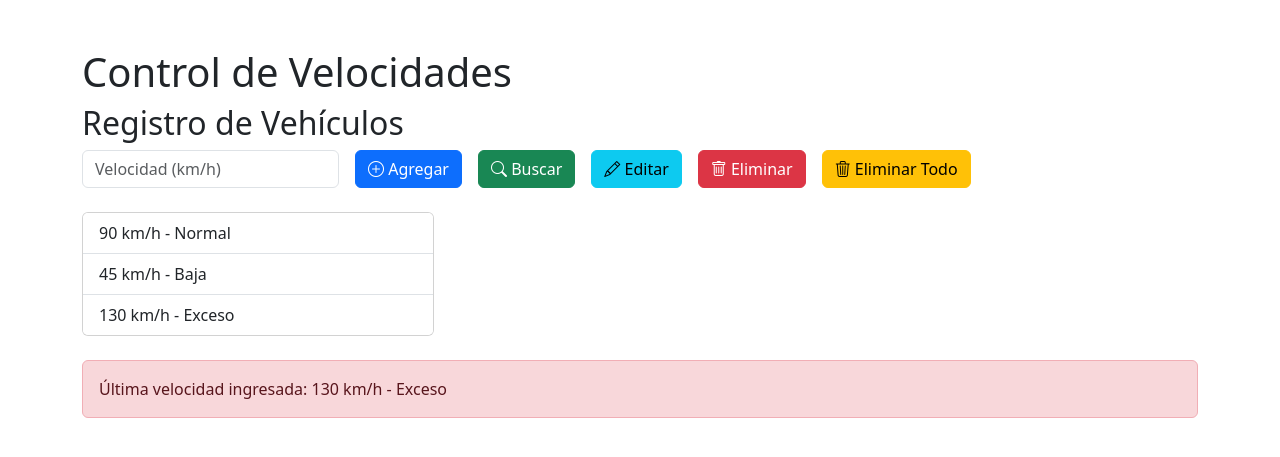
Repository: pudusito/EV2frontend
Page: index.html
These files come from the project's save history. The page is drawn as it stood at one moment and after the next save; the edit follows.
The browser window is 1280 px wide. The pictures show the whole page.

Above is the page before, as saved 2025-07-01 19:25:35.

### index.html
<!DOCTYPE html>
<html lang="es">

<head>
    <meta charset="UTF-8">
    <meta name="viewport" content="width=device-width, initial-scale=1.0">
    <title>Control de Velocidades</title>
    <link href="https://cdn.jsdelivr.net/npm/bootstrap@5.3.3/dist/css/bootstrap.min.css" rel="stylesheet">
    <link rel="stylesheet" href="https://cdn.jsdelivr.net/npm/bootstrap-icons@1.11.3/font/bootstrap-icons.min.css">
    <script src="https://cdn.jsdelivr.net/npm/sweetalert2@11"></script>
    <script src="dinamico.js" defer></script>
</head>

<body class="container mt-5">
    <section>
        <h1>Control de Velocidades</h1>
        <h2>Registro de Vehículos</h2>

        <div class="row g-3 mb-4">
            <div class="col-auto">
                <input type="number" class="form-control" id="velocidad" placeholder="Velocidad (km/h)">
            </div>
            <div class="col-auto">
                <button id="btnAgregar" class="btn btn-primary bi bi-plus-circle"> Agregar</button>
            </div>
            <div class="col-auto">
                <button id="btnBuscar" class="btn btn-success bi bi-search"> Buscar</button>
            </div>
            <div class="col-auto">
                <button id="btnEditar" class="btn btn-info bi bi-pencil"> Editar</button>
            </div>
            <div class="col-auto">
                <button id="btnEliminar" class="btn btn-danger bi bi-trash"> Eliminar</button>
            </div>
            <div class="col-auto">
                <button id="btnEliminarTodo" class="btn btn-warning bi bi-trash3" data-bs-toggle="modal"
                    data-bs-target="#modalEliminarTodo"> Eliminar Todo</button>
            </div>
        </div>
    </section>

    <section>
        <div class="card" style="width: 22rem;">
            <ul id="listaVehiculos" class="list-group list-group-flush"></ul>
        </div>
    </section>

    <div id="alertaVelocidad" class="alert d-none mt-4" role="alert">
        Última velocidad ingresada:
    </div>


    <!-- Modal Eliminar Todo -->
    <div class="modal fade" id="modalEliminarTodo" tabindex="-1" aria-labelledby="modalEliminarTodoLabel"
        aria-hidden="true">
        <div class="modal-dialog">
            <div class="modal-content">
                <div class="modal-header">
                    <h1 class="modal-title fs-5" id="modalEliminarTodoLabel">Eliminar todos los registros</h1>
                    <button type="button" class="btn-close" data-bs-dismiss="modal" aria-label="Cerrar"></button>
                </div>
                <div class="modal-body">
                    <p>¿Estás seguro de que deseas eliminar <strong>todas</strong> las velocidades registradas?</p>
                </div>
                <div class="modal-footer">
                    <button type="button" class="btn btn-secondary" data-bs-dismiss="modal">Cancelar</button>
                    <button type="button" class="btn btn-danger" onclick="eliminarTodos()">Eliminar Todo</button>
                </div>
            </div>
        </div>
    </div>

    <!-- Bootstrap JS -->
    <script src="https://cdn.jsdelivr.net/npm/bootstrap@5.3.3/dist/js/bootstrap.bundle.min.js"></script>
</body>

</html>

### dinamico.js
let vehiculos = [90, 45, 130]; // arreglo inicial con velocidades

let listaVehiculos = document.getElementById("listaVehiculos"); // captura el ul
listarVehiculos(vehiculos); // muestra los vehículos

function listarVehiculos(v) {
  listaVehiculos.innerHTML = ""; // limpia la lista
  v.forEach((vel) => {
    const li = document.createElement("li");
    li.className = "list-group-item";
    li.textContent = `${vel} km/h - ${clasificarVelocidad(vel)}`;
    listaVehiculos.appendChild(li);
  });
  mostrarUltimaVelocidad(v[v.length - 1]);
}

function clasificarVelocidad(vel) {
  if (vel > 120) return "Exceso";
  if (vel >= 60) return "Normal";
  return "Baja";
}

function mostrarUltimaVelocidad(vel) {
  if (vel === undefined) return;
  const alerta = document.getElementById("alertaVelocidad");
  let clase = "";
  if (vel > 120) clase = "danger";
  else if (vel >= 60) clase = "success";
  else clase = "warning";

  alerta.className = `alert alert-${clase} mt-4`;
  alerta.textContent = `Última velocidad ingresada: ${vel} km/h - ${clasificarVelocidad(vel)}`;
  alerta.classList.remove("d-none");
}

// Agregar velocidades
let btnAgregar = document.getElementById("btnAgregar");
btnAgregar.addEventListener("click", agregarVelocidad);

function agregarVelocidad() {
  let valor = Number(document.getElementById("velocidad").value);
  if (isNaN(valor) || valor === 0) {
    Swal.fire({
      icon: "warning",
      title: "Ingrese una velocidad válida",
    });
    return;
  }
  vehiculos.push(valor);
  listarVehiculos(vehiculos);
  document.getElementById("velocidad").value = "";
}


// Elimninar todas las velocidades
function eliminarTodos() {
  vehiculos = [];
  listarVehiculos(vehiculos);
  document.getElementById("alertaVelocidad").className = "alert d-none mt-4";
  document.getElementById("alertaVelocidad").textContent = "";
  bootstrap.Modal.getInstance(document.getElementById("modalEliminarTodo")).hide();

  Swal.fire({
    icon: "success",
    title: "Se eliminaron todas las velocidades",
  });
}

After the next save:
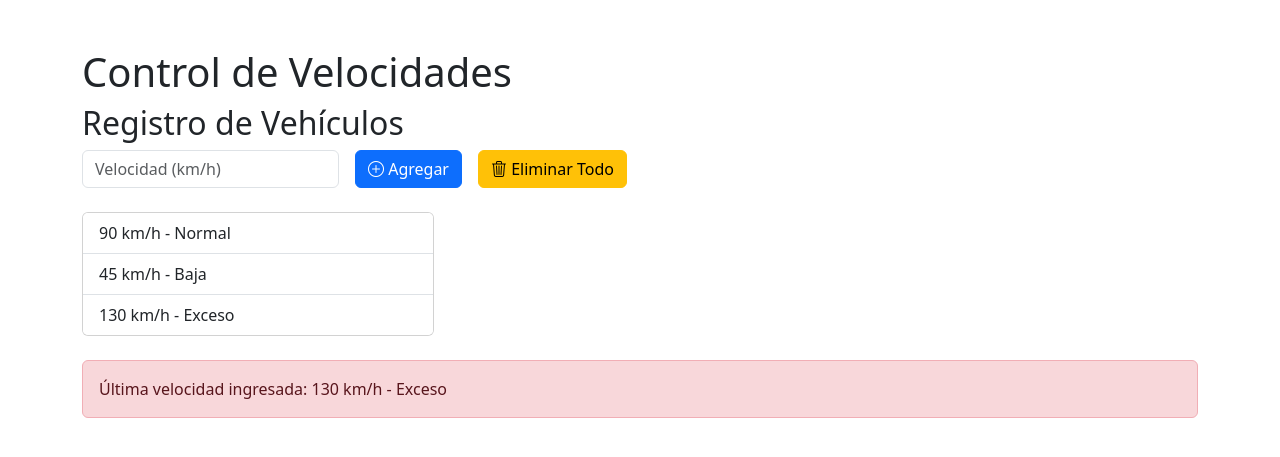
Saved 115 s later.
--- a/index.html
+++ b/index.html
@@ -5,6 +5,7 @@
     <meta charset="UTF-8">
     <meta name="viewport" content="width=device-width, initial-scale=1.0">
     <title>Control de Velocidades</title>
+
     <link href="https://cdn.jsdelivr.net/npm/bootstrap@5.3.3/dist/css/bootstrap.min.css" rel="stylesheet">
     <link rel="stylesheet" href="https://cdn.jsdelivr.net/npm/bootstrap-icons@1.11.3/font/bootstrap-icons.min.css">
     <script src="https://cdn.jsdelivr.net/npm/sweetalert2@11"></script>
@@ -20,18 +21,11 @@
             <div class="col-auto">
                 <input type="number" class="form-control" id="velocidad" placeholder="Velocidad (km/h)">
             </div>
+
             <div class="col-auto">
                 <button id="btnAgregar" class="btn btn-primary bi bi-plus-circle"> Agregar</button>
             </div>
-            <div class="col-auto">
-                <button id="btnBuscar" class="btn btn-success bi bi-search"> Buscar</button>
-            </div>
-            <div class="col-auto">
-                <button id="btnEditar" class="btn btn-info bi bi-pencil"> Editar</button>
-            </div>
-            <div class="col-auto">
-                <button id="btnEliminar" class="btn btn-danger bi bi-trash"> Eliminar</button>
-            </div>
+
             <div class="col-auto">
                 <button id="btnEliminarTodo" class="btn btn-warning bi bi-trash3" data-bs-toggle="modal"
                     data-bs-target="#modalEliminarTodo"> Eliminar Todo</button>
